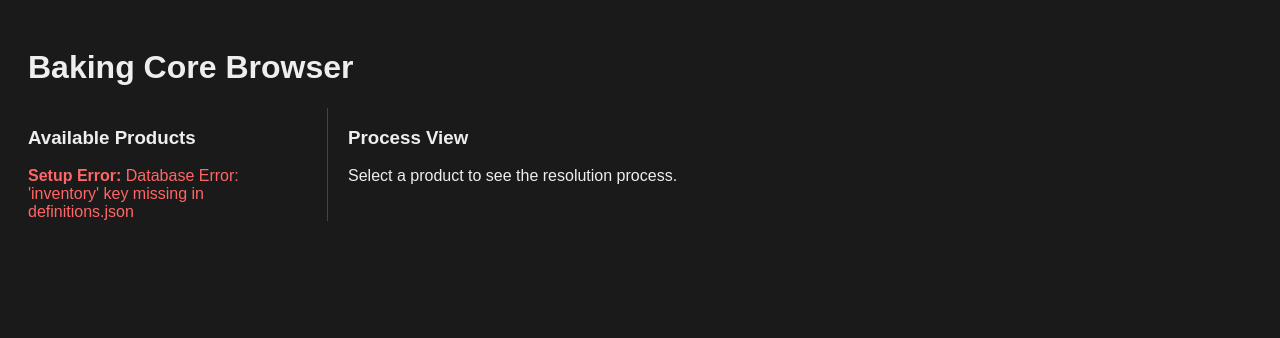
Repository: dkg11hu/baking-core
Page: index.html
An editor plug-in stored every save of this project. The page is shown before and after the next save, followed by the edit.
The browser window is 1280 px wide. The pictures show the whole page.

Above is the page before, as saved 2026-01-01 19:17:54.

### index.html
<!DOCTYPE html>
<html lang="en">
<head>
    <link rel="icon" type="image/svg+xml" href="data:[embedded picture, 19 characters]
        <svg xmlns='http://www.w3.org/2000/svg' viewBox='0 0 100 100'>
            <rect width='100' height='100' rx='20' fill='%232a2a2a'/>
            <path d='M30 70 L50 30 L70 70' stroke='%23ffcc00' stroke-width='8' fill='none' stroke-linecap='round'/>
            <circle cx='50' cy='45' r='5' fill='%23ffcc00'/>
        </svg>">
    <meta charset="UTF-8">
    <title>Baking Core | Database Browser</title>
    <style>
        body { font-family: sans-serif; background: #1a1a1a; color: #eee; padding: 20px; }
        .dashboard { display: grid; grid-template-columns: 300px 1fr; gap: 20px; }
        .filter-panel { border-right: 1px solid #444; padding-right: 20px; }
        .recipe-card { background: #2a2a2a; padding: 10px; margin-bottom: 10px; cursor: pointer; border-radius: 4px; }
        .recipe-card:hover { background: #3a3a3a; }
        pre { background: #000; padding: 15px; border-radius: 5px; overflow-x: auto; }
    </style>
</head>
<body>
    <h1>Baking Core Browser</h1>
    <div class="dashboard">
        <div class="filter-panel" id="filter-panel">
            <h3>Available Products</h3>
            <div id="product-list">Loading database...</div>
        </div>
        <div class="process-view" id="process-view">
            <h3>Process View</h3>
            <div id="output">Select a product to see the resolution process.</div>
        </div>
    </div>

    <script type="module" src="app.js"></script>
</body>
</html>

### app.js
// app.js - Full Series of Queries Logic
import { GraphResolver } from './src/Graph/Core/Resolver.mjs';
import { Calculator } from './src/Graph/Logic/Calculator.mjs';

let ssot, locale;

async function boot() {
    try {
        // 1. QUERY: SSOT and Locale
        const [ssotRes, localeRes] = await Promise.all([
            fetch('./data/Store/Registry/definitions.json'),
            fetch('./data/Store/Locale/en.json')
        ]);

        if (!ssotRes.ok) throw new Error(`Definitions not found (Status: ${ssotRes.status})`);

        ssot = await ssotRes.json();
        // If ssot is an array, take the first object that has inventory
        if (Array.isArray(ssot)) {
            ssot = ssot.find(item => item.inventory) || ssot[0];
        }
        console.log("Normalized SSOT:", ssot);

        locale = await localeRes.json();

        // DEBUG: Check what the browser actually sees
        console.log("Database Loaded:", ssot);

        if (!ssot || !ssot.inventory) {
            console.error("SSOT structure is invalid. Keys found:", Object.keys(ssot || {}));
            throw new Error("Database Error: 'inventory' key missing in definitions.json");
        }

        const products = Object.entries(ssot.registry)
            .filter(([_, item]) => item.type === 'BRANCH');

        const listContainer = document.getElementById('product-list');
        listContainer.innerHTML = products.map(([id]) => `
            <div class="recipe-card" onclick="runProcess('${id}')">
                <strong>${locale[id] || id}</strong><br>
                <small>${id}</small>
            </div>
        `).join('');

    } catch (err) {
        console.error("Boot failed:", err);
        document.getElementById('product-list').innerHTML = `<div style="color:#ff6666;"><b>Setup Error:</b> ${err.message}</div>`;
    }
}

window.runProcess = async (id) => {
    const output = document.getElementById('output');
    output.innerHTML = "<em>Querying Database...</em>";

    try {
        // 2. RESOLVE: Run the recursive JS series
        // Ensure your Resolver.mjs constructor accepts the 'ssot' we just fetched
        const resolver = new GraphResolver(ssot);
        const rawResults = await resolver.resolve(id, 1000);

        // 3. LOGIC: Math & Physics (Using the Logic Namespace)
        const sanitized = Calculator.sanitizeMiseEnPlace(rawResults, ssot);
        const finalMise = Calculator.reconcileTotal(sanitized, 1000);
        const hydration = Calculator.calculateHydration(rawResults, ssot);

        // 4. RENDER: UI mapping using Database fieldnames
        const orch = ssot.orchestration.output_mapping;

        let html = `<h2>${locale[id] || id}</h2>`;
        html += `<p><strong>Hydration:</strong> ${hydration}% | <strong>Target:</strong> 1000g</p>`;
        html += `<table style="width:100%; border-collapse: collapse; margin-top: 20px;">
            <thead>
                <tr style="background: #333; text-align: left;">
                    <th style="padding: 10px;">${orch.name_column}</th>
                    <th style="padding: 10px;">${orch.value_column}</th>
                    <th style="padding: 10px;">${orch.id_column}</th>
                </tr>
            </thead>
            <tbody>`;

        for (const [mid, mass] of Object.entries(finalMise)) {
            html += `<tr style="border-bottom: 1px solid #444;">
                <td style="padding: 10px;">${locale[mid] || mid}</td>
                <td style="padding: 10px;">${mass}g</td>
                <td style="padding: 10px; color: #888;">${mid}</td>
            </tr>`;
        }

        html += `</tbody></table>`;
        output.innerHTML = html;

    } catch (err) {
        console.error("Resolution Error:", err);
        output.innerHTML = `<div style="color: #ff6666;"><b>Resolution Error:</b> ${err.message}</div>`;
    }
};

// Start the boot sequence

boot();

### src/Graph/Core/Resolver.mjs
import { Calculator } from '../Logic/Calculator.mjs';

export class GraphResolver {
    constructor(preLoadedSchema = null) {
        this.schema = preLoadedSchema;
        this.isBrowser = typeof window !== 'undefined';

        if (!this.isBrowser) {
            this.initNode();
        }
    }

    initNode() {
        this.root = process.env.BAKING_PATH || process.cwd();
    }

    async resolve(nodeId, targetValue) {
        if (!this.schema) {
            this.schema = await this.loadJson('data/Store/Registry/definitions.json');
        }

        // DATABASE ALIGNMENT: Use 'registry' as found in your definitions.json
        // Falling back to 'inventory' for backward compatibility if needed
        const db = this.schema.registry || this.schema.inventory;

        const item = db[nodeId];
        if (!item) throw new Error(`ID ${nodeId} NOT IN DATABASE REGISTRY`);

        const behavior = this.schema.logic_behaviors[item.type];

        // BASE CASE: Raw Material (LEAF)
        if (!behavior.recursive) {
            return { [nodeId]: targetValue };
        }

        // RECURSIVE CASE: Process (BRANCH)
        const entityPath = `data/Store/Entities/${nodeId.toLowerCase()}.json`;
        const entity = await this.loadJson(entityPath);

        const fKey = this.schema.field_mapping.RELATIONAL_DATA;
        const factor = Calculator.getScaleFactor(targetValue, entity[fKey]);

        let results = {};

        for (const part of entity[fKey]) {
            const subMass = part.pct * factor;
            const subRes = await this.resolve(part.id, subMass);

            for (const [id, mass] of Object.entries(subRes)) {
                results[id] = (results[id] || 0) + mass;
            }
        }

        return results;
    }

    async loadJson(relativeUrl) {
        if (this.isBrowser) {
            const response = await fetch(`./${relativeUrl}`);
            return await response.json();
        } else {
            const fs = await import('fs');
            const path = await import('path');
            const absolutePath = path.join(this.root, relativeUrl);
            return JSON.parse(fs.readFileSync(absolutePath, 'utf-8'));
        }
    }
}

### src/Graph/Logic/Calculator.mjs
/**
 * PURE ENGLISH MATH LOGIC
 * Domain-agnostic mathematical operations for the Graph.
 */
export class Calculator {
    /**
     * Calculates the scale factor for a formula
     */
    static getScaleFactor(targetTotal, formula) {
        const sumParts = formula.reduce((sum, item) => sum + (item.pct || 0), 0);
        return sumParts > 0 ? targetTotal / sumParts : 0;
    }

    /**
     * Professional Rounding (5% Rule)
     */
    static applyRounding(value, threshold = 5) {
        if (value === 0) return 0;
        const rounded = Math.round(value);
        const deviation = Math.abs((rounded - value) / value) * 100;
        return (deviation > threshold) ? Number(value.toFixed(1)) : rounded;
    }

    /**
     * Processes raw weights into a rounded mise-en-place map
     */
    static sanitizeMiseEnPlace(rawMaterials, schema) {
        const threshold = schema.system_constants.ROUNDING_THRESHOLD_PCT;
        return Object.fromEntries(
            Object.entries(rawMaterials).map(([id, mass]) => [
                id,
                this.applyRounding(mass, threshold)
            ])
        );
    }

    /**
     * Final Parity Check: Adjusts largest mass to match targetTotal exactly.
     */
    static reconcileTotal(sanitizedMaterials, targetTotal) {
        const entries = Object.entries(sanitizedMaterials);
        const currentSum = entries.reduce((sum, [_, mass]) => sum + mass, 0);
        const diff = targetTotal - currentSum;

        if (Math.abs(diff) < 0.01) return sanitizedMaterials;

        // Find the ID with the largest mass to absorb the correction
        const largestId = entries.reduce((a, b) => a[1] > b[1] ? a : b)[0];
        sanitizedMaterials[largestId] = Number((sanitizedMaterials[largestId] + diff).toFixed(1));

        return sanitizedMaterials;
    }

    /**
     * Relational Hydration Calculation
     */
    static calculateHydration(resolvedMaterials, schema) {
        let dryWeight = 0;
        let liquidWeight = 0;

        // Fieldnames from database: use inventory or registry
        const db = schema.inventory || schema.registry;

        for (const [id, mass] of Object.entries(resolvedMaterials)) {
            const item = db[id];
            if (!item) continue;

            const categoryId = item.category_id;
            const role = schema.physics_categories[categoryId]?.hydration_role;

            if (role === 'base') dryWeight += mass;
            if (role === 'fluid') liquidWeight += mass;
        }
        return dryWeight > 0 ? Math.round((liquidWeight / dryWeight) * 100) : 0;
    }
}

### data/Store/Registry/definitions.json
{
    "field_mapping": {
        "NODE_ID": "id",
        "RELATIONAL_DATA": "formula",
        "DEPENDENCY_LINK": "prerequisites",
        "CATEGORY": "category_id"
    },
    "logic_behaviors": {
        "LEAF": {
            "recursive": false
        },
        "BRANCH": {
            "recursive": true
        }
    },
    "physics_categories": {
        "DRY_MATTER": {
            "hydration_role": "base"
        },
        "LIQUID": {
            "hydration_role": "fluid"
        },
        "FAT": {
            "hydration_role": "ignore"
        },
        "OTHER": {
            "hydration_role": "ignore"
        }
    },
    "registry": {
        "MAT_001": {
            "category_id": "DRY_MATTER",
            "type": "LEAF"
        },
        "MAT_002": {
            "category_id": "LIQUID",
            "type": "LEAF"
        },
        "MAT_003": {
            "category_id": "LIQUID",
            "type": "LEAF"
        },
        "MAT_004": {
            "category_id": "OTHER",
            "type": "LEAF"
        },
        "MAT_005": {
            "category_id": "OTHER",
            "type": "LEAF"
        },
        "MAT_006": {
            "category_id": "FAT",
            "type": "LEAF"
        },
        "PROD_001": {
            "category_id": "DRY_MATTER",
            "type": "BRANCH"
        },
        "PROD_002": {
            "category_id": "DRY_MATTER",
            "type": "BRANCH"
        }
    },
    "orchestration": {
    "paths": { "entities": "Entities" },
    "output_mapping": {
      "name_column": "Ingredient",
      "value_column": "Amount",
      "id_column": "Code"
    }
  }
}

### data/Store/Locale/en.json
{
    "MAT_001": "Bread Flour BL-80",
    "MAT_002": "Water",
    "MAT_003": "Whole Milk",
    "MAT_004": "Fine Sea Salt",
    "MAT_005": "Instant Dry Yeast",
    "MAT_006": "Unsalted Butter",
    "PROD_001": "Yudane Scald",
    "PROD_002": "Hokkaido Milk Bread"
}

After the next save:
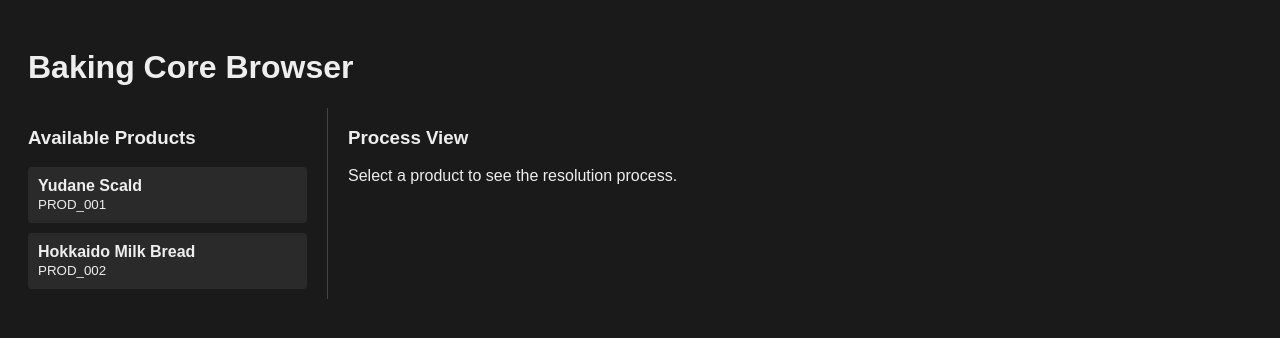
Saved 43 s later.
--- a/app.js
+++ b/app.js
@@ -1,4 +1,4 @@
-// app.js - Full Series of Queries Logic
+// app.js - Refined for Registry Key alignment
 import { GraphResolver } from './src/Graph/Core/Resolver.mjs';
 import { Calculator } from './src/Graph/Logic/Calculator.mjs';
 
@@ -6,7 +6,6 @@ let ssot, locale;
 
 async function boot() {
     try {
-        // 1. QUERY: SSOT and Locale
         const [ssotRes, localeRes] = await Promise.all([
             fetch('./data/Store/Registry/definitions.json'),
             fetch('./data/Store/Locale/en.json')
@@ -15,23 +14,18 @@ async function boot() {
         if (!ssotRes.ok) throw new Error(`Definitions not found (Status: ${ssotRes.status})`);
 
         ssot = await ssotRes.json();
-        // If ssot is an array, take the first object that has inventory
-        if (Array.isArray(ssot)) {
-            ssot = ssot.find(item => item.inventory) || ssot[0];
-        }
-        console.log("Normalized SSOT:", ssot);
-
         locale = await localeRes.json();
 
-        // DEBUG: Check what the browser actually sees
-        console.log("Database Loaded:", ssot);
+        // Standardize the Database Access
+        // We prioritize 'registry' as found in your definitions.json
+        const db = ssot.registry || ssot.inventory;
 
-        if (!ssot || !ssot.inventory) {
-            console.error("SSOT structure is invalid. Keys found:", Object.keys(ssot || {}));
-            throw new Error("Database Error: 'inventory' key missing in definitions.json");
+        if (!db) {
+            console.error("SSOT structure is invalid. Keys found:", Object.keys(ssot));
+            throw new Error("Database Error: Neither 'registry' nor 'inventory' found in definitions.json");
         }
 
-        const products = Object.entries(ssot.registry)
+        const products = Object.entries(db)
             .filter(([_, item]) => item.type === 'BRANCH');
 
         const listContainer = document.getElementById('product-list');
@@ -41,6 +35,8 @@ async function boot() {
                 <small>${id}</small>
             </div>
         `).join('');
+
+        console.log("Browser Dashboard Initialized.");
 
     } catch (err) {
         console.error("Boot failed:", err);
@@ -53,17 +49,13 @@ window.runProcess = async (id) => {
     output.innerHTML = "<em>Querying Database...</em>";
 
     try {
-        // 2. RESOLVE: Run the recursive JS series
-        // Ensure your Resolver.mjs constructor accepts the 'ssot' we just fetched
         const resolver = new GraphResolver(ssot);
         const rawResults = await resolver.resolve(id, 1000);
 
-        // 3. LOGIC: Math & Physics (Using the Logic Namespace)
         const sanitized = Calculator.sanitizeMiseEnPlace(rawResults, ssot);
         const finalMise = Calculator.reconcileTotal(sanitized, 1000);
         const hydration = Calculator.calculateHydration(rawResults, ssot);
 
-        // 4. RENDER: UI mapping using Database fieldnames
         const orch = ssot.orchestration.output_mapping;
 
         let html = `<h2>${locale[id] || id}</h2>`;
@@ -95,6 +87,4 @@ window.runProcess = async (id) => {
     }
 };
 
-// Start the boot sequence
-
 boot();
